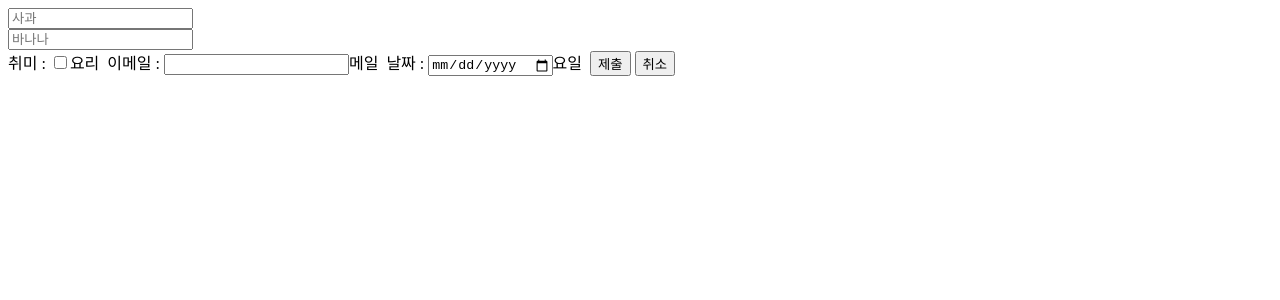
Repository: JongMin22/jsp.practice
Page: http://localhost/JSPBasic/JspObject/1.requests/req_param_sand.jsp
An editor plug-in stored every save of this project. The page is shown before and after the next save, followed by the edit.
The browser window is 1280 px wide. The pictures show the whole page.
The page is served by Tomcat 9.

Above is the page before, as saved 2022-02-03 06:09:51.

### JSPBasic/src/main/webapp/JspObject/1.requests/req_param_sand.jsp
<%@ page language="java" contentType="text/html; charset=UTF-8"
    pageEncoding="UTF-8"%>
<!DOCTYPE html>
<html>
<head>
<meta charset="UTF-8">
<title>Insert title here</title>
</head>
<body>
<%-- 아래에 form을 만들고 내부에 input 4개를 만들어주세요.
input 태그의 속성은 하나는 text 하나는 password
name속성은 하나는 apple 하나는 banana로 해주세요
reset 버튼과 submuit 버튼도 하나씩 만들어주세요

form의 action이 바로 목적지를 적는 부분
웹개발에서는 받을 페이지 화면의 주소를 적어줍니다. --%>

<form action="req_param_getpost.jsp" method="get">
<input type=text name="apple" placeholder="사과"/><br/>
<input type=password name="banana" placeholder="바나나"/><br/>

취미 :
<input type="checkbox" name="hobby">요리&nbsp;
이메일 :
<input type="email" name="email">메일&nbsp;
날짜 :
<input type="date" name="date">요일&nbsp;
<input type=submit value="제출"/>
<input type=reset value="취소"/>

</form>

</body>
</html>

After the next save:
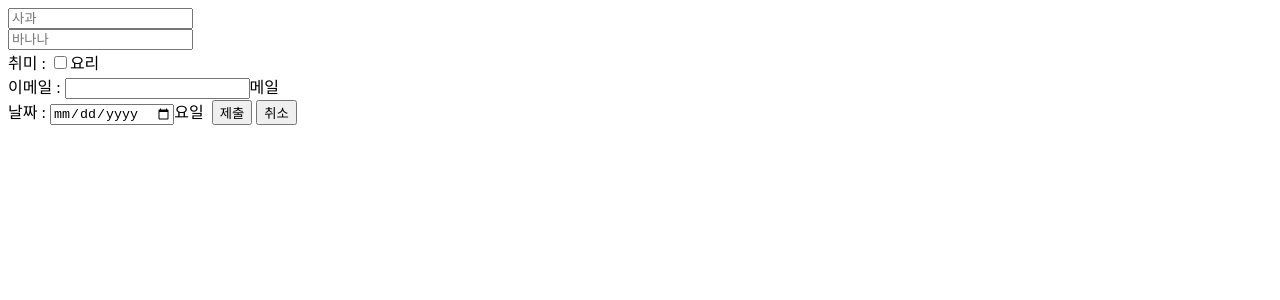
Saved 11 s later.
--- a/JSPBasic/src/main/webapp/JspObject/1.requests/req_param_sand.jsp
+++ b/JSPBasic/src/main/webapp/JspObject/1.requests/req_param_sand.jsp
@@ -20,10 +20,10 @@
 <input type=password name="banana" placeholder="바나나"/><br/>
 
 취미 :
-<input type="checkbox" name="hobby">요리&nbsp;
+<input type="checkbox" name="hobby">요리&nbsp; </br>
 이메일 :
-<input type="email" name="email">메일&nbsp;
-날짜 :
+<input type="email" name="email">메일&nbsp; </br>
+날짜	 :
 <input type="date" name="date">요일&nbsp;
 <input type=submit value="제출"/>
 <input type=reset value="취소"/>
